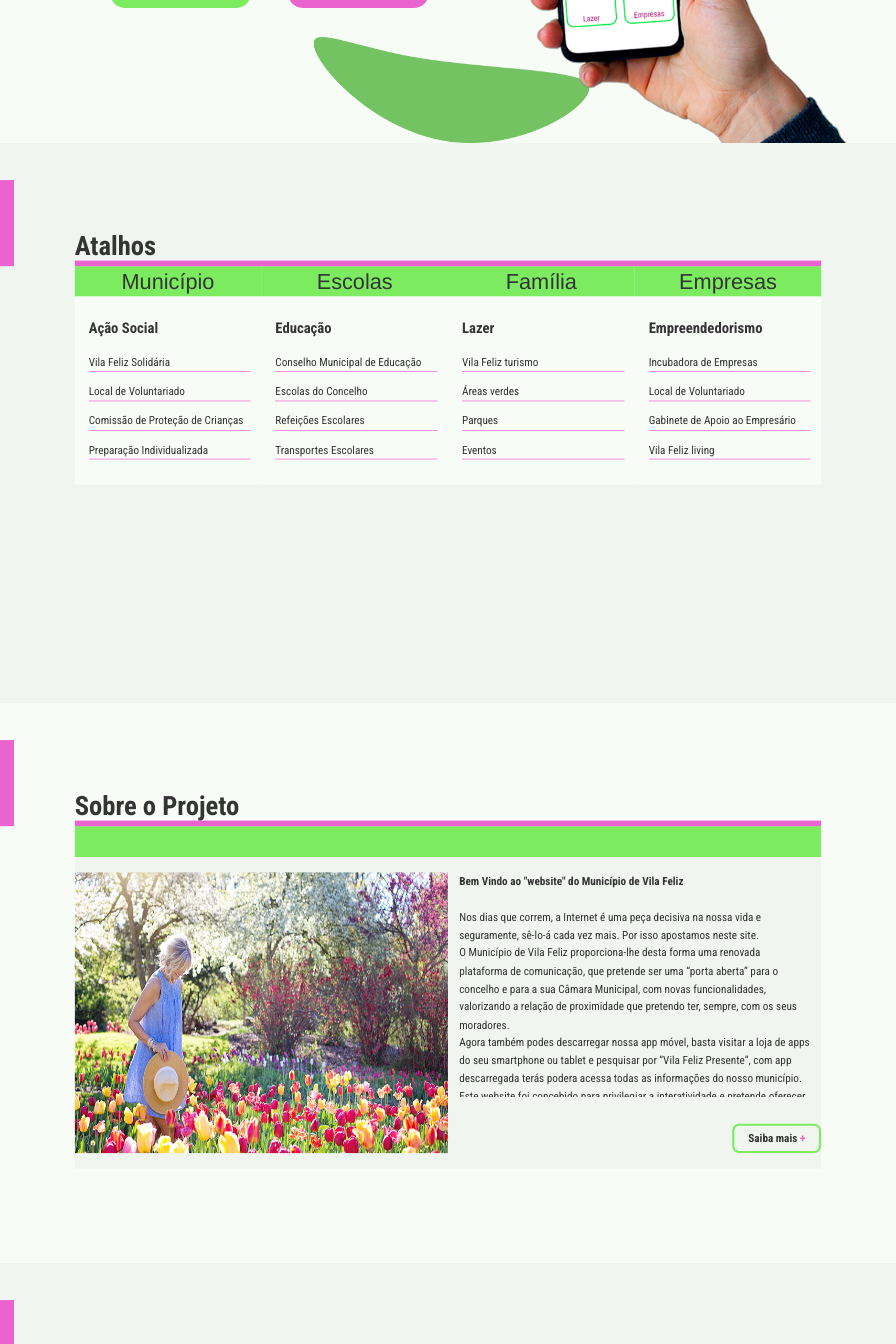
Repository: Goulart94/CmVilaFeliz
Page: index.html
The author's editor kept a copy of each file at every save. The page is drawn from the files as they stood at one save, then again after the next save.
The browser window is 1280 px wide. The pictures show the part of the page from y = 2056 to 3976 px (the page is 5460 px tall before and 5060 px after), at 70% of full size.
The style sheet was rebuilt from its Sass, Less or Tailwind sources for each picture, by a compiler version that may differ from the author's.

Above is the page before, as saved 2022-05-16 10:18:46.

After the next save:
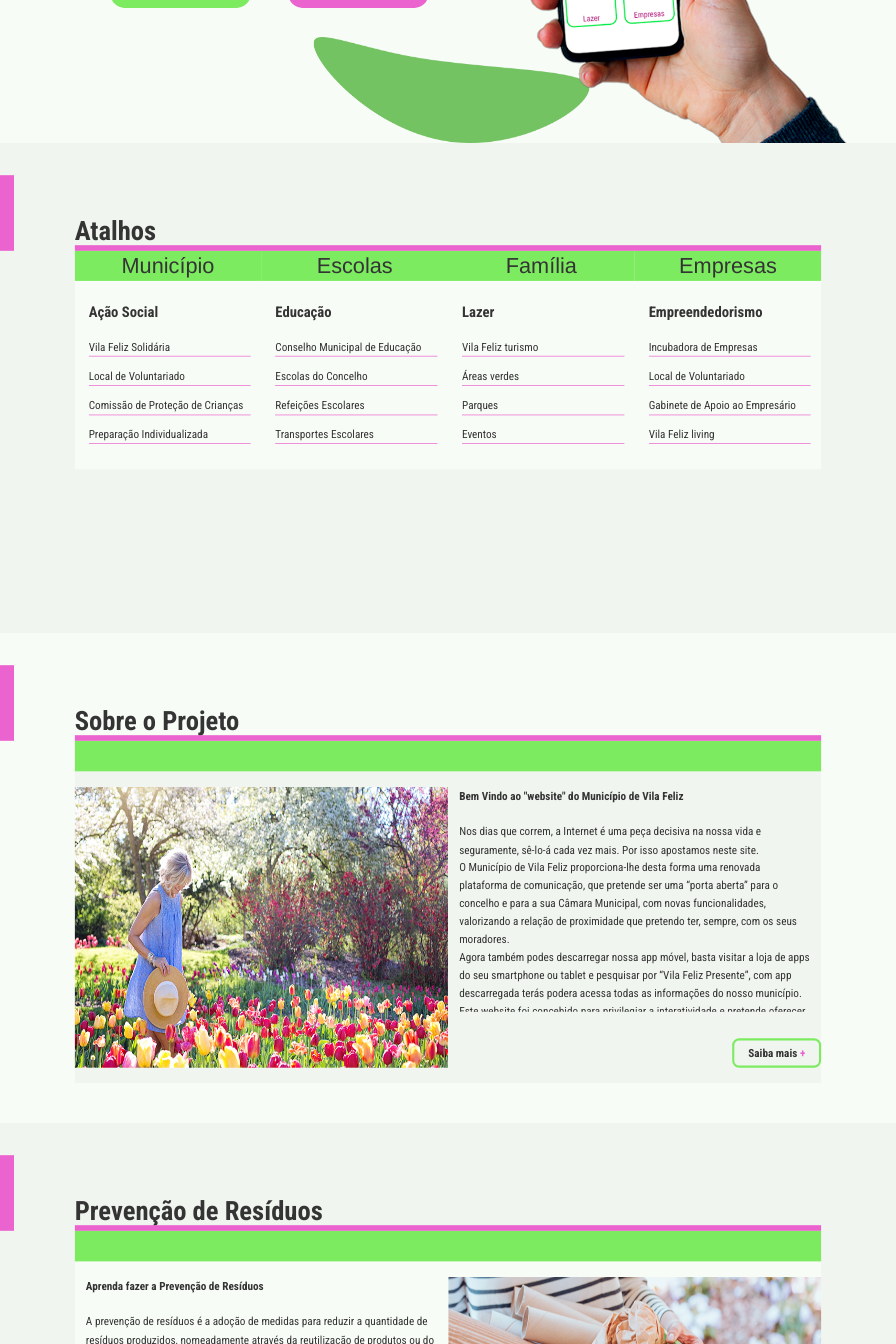
Saved 75 s later.
--- a/css/app.scss
+++ b/css/app.scss
@@ -286,7 +286,7 @@ body {
 
 .containerSection {
   width: 100%;
-  height: 800px;
+  height: 700px;
 
   .contentHeader {
     width: 100%;
